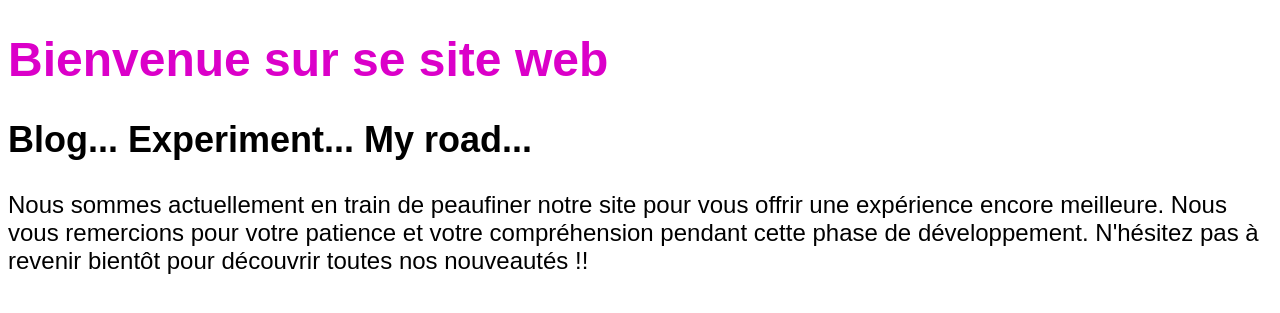
Repository: ValetteEvan/PersonalWebApp
Page: index.html
The author's editor kept a copy of each file at every save. The page is drawn from the files as they stood at one save, then again after the next save.
The browser window is 1280 px wide. The pictures show the whole page.

Above is the page before, as saved 2025-01-07 17:46:45.

### index.html
<!DOCTYPE html>
<html>

    <head>
        <meta charset="utf-8" />
        <title>Valette Evan</title>
        <link href="style.css" rel="stylesheet">
        <link rel="font_original" href="https://fonts.googleapis.com">
    </head>

    <body>
        <div class="webGlobal">
            <h1>Bienvenue sur se site web</h1>
            <h2>Blog... Experiment... My road...</h2>
                <p class="firstParagraph">Nous sommes actuellement en train de peaufiner notre site pour
                 vous offrir une expérience encore meilleure. Nous vous remercions
                 pour votre patience et votre compréhension pendant cette phase de
                 développement. N'hésitez pas à revenir bientôt pour découvrir toutes nos nouveautés !!
                </p>
        </div>
    </body>
</html>

### style.css
h1 {
    color: rgb(219, 0, 201);
}
.webGlobal{
    font-size: 1.5em;
    font-family:'font_original',sans-serif;
    color: rgb(0, 0, 0);
}

After the next save:
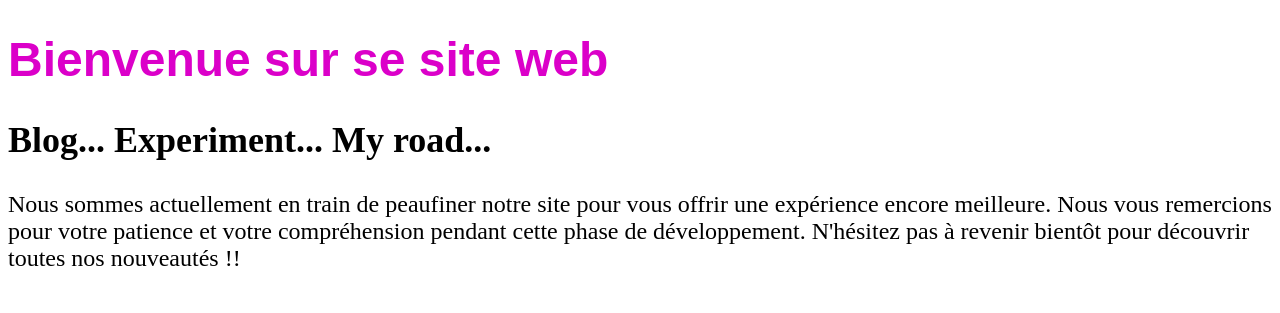
Saved 70 s later.
--- a/style.css
+++ b/style.css
@@ -1,8 +1,8 @@
 h1 {
+    font-family:'font_original',sans-serif;
     color: rgb(219, 0, 201);
 }
 .webGlobal{
     font-size: 1.5em;
-    font-family:'font_original',sans-serif;
     color: rgb(0, 0, 0);
 }

After the save that followed:
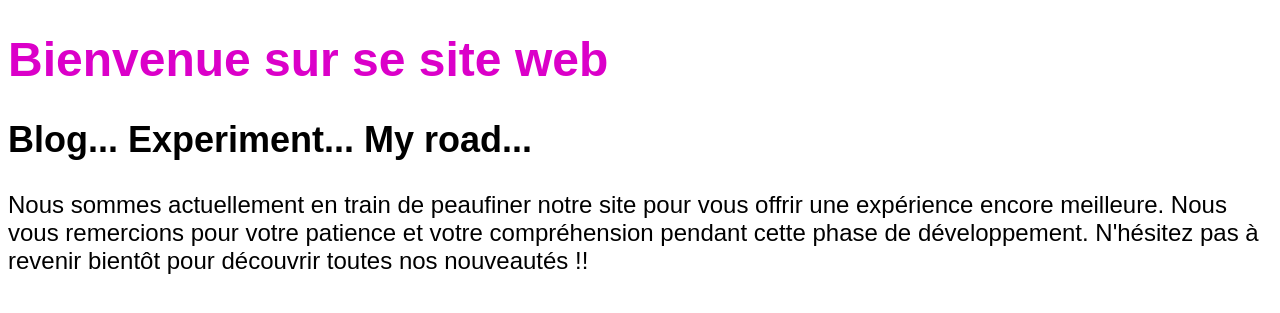
Saved 13 s later.
--- a/style.css
+++ b/style.css
@@ -3,6 +3,7 @@
     color: rgb(219, 0, 201);
 }
 .webGlobal{
+    font-family:'font_original',sans-serif;
     font-size: 1.5em;
     color: rgb(0, 0, 0);
 }
